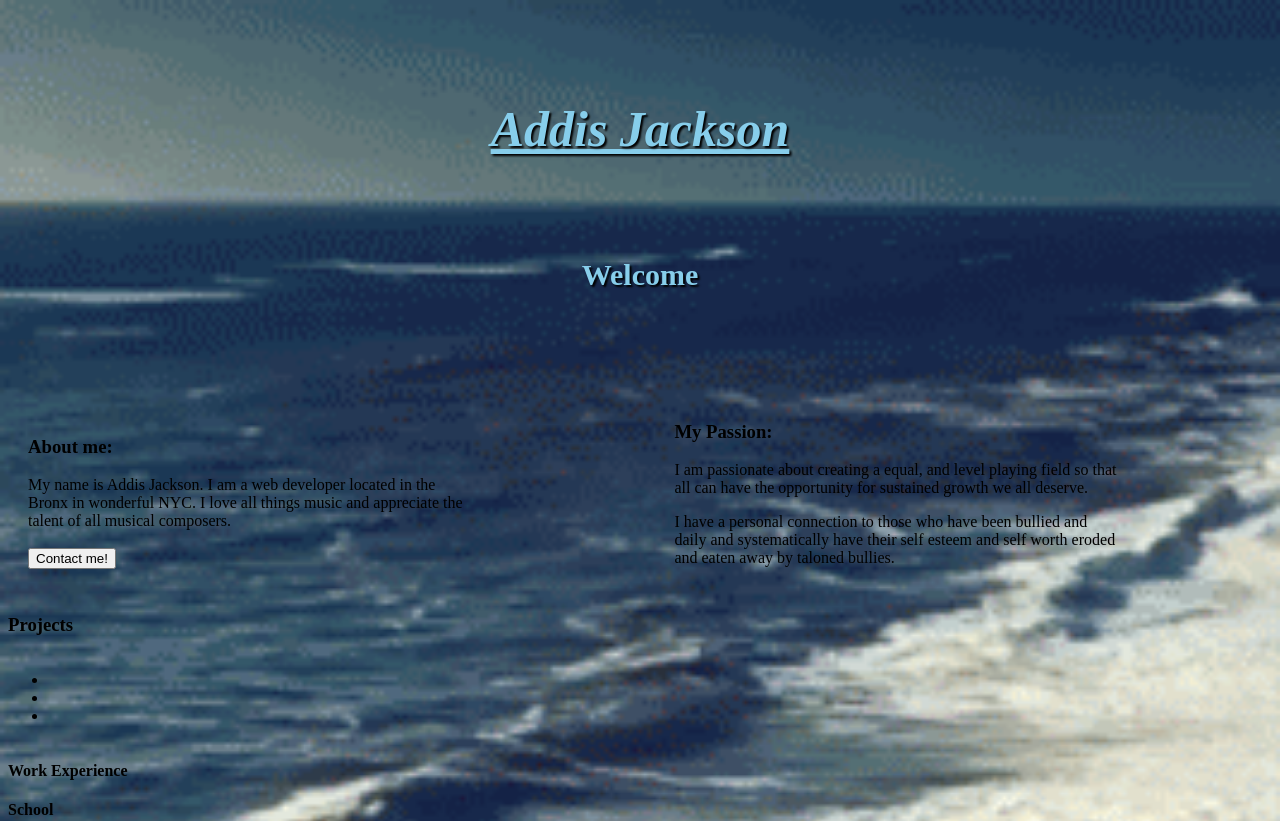
Repository: 10-2-pursuit/lab-design-assets
Page: index.html
An editor plug-in stored every save of this project. The page is shown before and after the next save, followed by the edit.
The browser window is 1280 px wide. The pictures show the part of the page from y = 0 to 821 px (the page is 1769 px tall).
A picture or video elsewhere on the page could not be fetched, so the positions and the page height are approximate.

Above is the page before, as saved 2023-07-16 04:55:26.

### index.html
<!DOCTYPE html>
<html lang="en">
  <head>
    <meta charset="UTF-8" />
    <meta http-equiv="X-UA-Compatible" content="IE=edge" />
    <meta name="viewport" content="width=device-width, initial-scale=1.0" />
    <link rel="stylesheet" href="style.css" />
    <title>MY PORTFOLIO</title>
  </head>
  <body>
    <header>
      <h1>Addis Jackson</h1>
    </header>
    <main>
      <section>
        <h2>Welcome</h2>
        <article for="about" class="about">
          <h3>About me:</h3>
          <p>
            My name is Addis Jackson.
            I am a web developer located in the Bronx in wonderful NYC.
            I love all things music and appreciate the talent of all musical composers.
            <br>
            <br>
            <button>Contact me!</button>
          </p>
        </article>
        <article for="passion" class="passion">
          <h3>My Passion:</h3>
          <p>I am passionate about creating a equal, and level playing field so that all can have the opportunity for sustained growth we all deserve.</p>
          <p>I have a personal connection to those who have been bullied and daily and systematically have their self esteem and self worth eroded and eaten away by taloned bullies.</p>

        </article>
      </section>
      <section>
        <h3>Projects</h3>
        <article>
          <ul>
            <!-- TO DO LINK TO THE THREE LABS OR PROJECTS YOU ARE MOST PROUD OF SO FAR -->
            <li><a href=""></a></li>
            <li><a href=""></a></li>
            <li><a href=""></a></li>
          </ul>
        </article>
      </section>
    </main>
    <aside>
      <h4>Work Experience</h4>
      <!-- add whatever details you want here -->
      <h4>School</h4>
      <!-- add whatever details you want here -->
    </aside>
    <footer>
      <ul>
        <li>
          <!-- TO DO UPDATE LINKS TO GO TO YOUR PROFILES/EMAIL -->
          <a href="https://www.linkedin.com/"
            ><img src="./assets/LinkedIn-Logos/LI-Logo.png" alt=""
          /></a>
        </li>
        <li>
          <a href="https://github.com"
            ><img src="./assets/github-mark/github-mark.png" alt=""
          /></a>
        </li>
        <li>
          <a href="mailto:YOUR@EMAIL.HERE"
            ><img src="./assets/email-g8e9fd44a3_640.png" alt="Email me"
          /></a>
        </li>
      </ul>
    </footer>
  </body>
</html>

### style.css
body {
    background-image: url("./assets/waves-beach.gif");
    background-repeat: no-repeat;
    background-size: cover;
}

h1 {
    font-size: 50px;
    color: skyblue;
    text-align: center;
    margin-top: 100px;
    margin-bottom: 100px;
    text-shadow: 2px 2px 2px black;
    font-weight: bold;
    font-family: Calibri Light, Calibri,;
    font-style: italic;
    text-decoration: underline;
}

h2 {
    font-size: 30px;
    color: skyblue;
    text-align: center;
    margin-top: 100px;
    margin-bottom: 100px;
    text-shadow: 2px 2px 2px black;
    font-weight: bold;
    font-family: fantasy;
}

article {
    display: inline-block;
}

.about {
    text-align: left;
    margin-top: 10px;
    margin-bottom: 10px;
    margin-left: 20px;
    margin-right: 200px;
    width: 35%
}

.about p {
    word-wrap: width ;
}
.passion p {
    word-wrap: width ;
}

.passion {

    text-align: left;
    margin-top: 10px;
    margin-bottom: 10px;
    margin-right: 20px;
    width: 35%
}

After the next save:
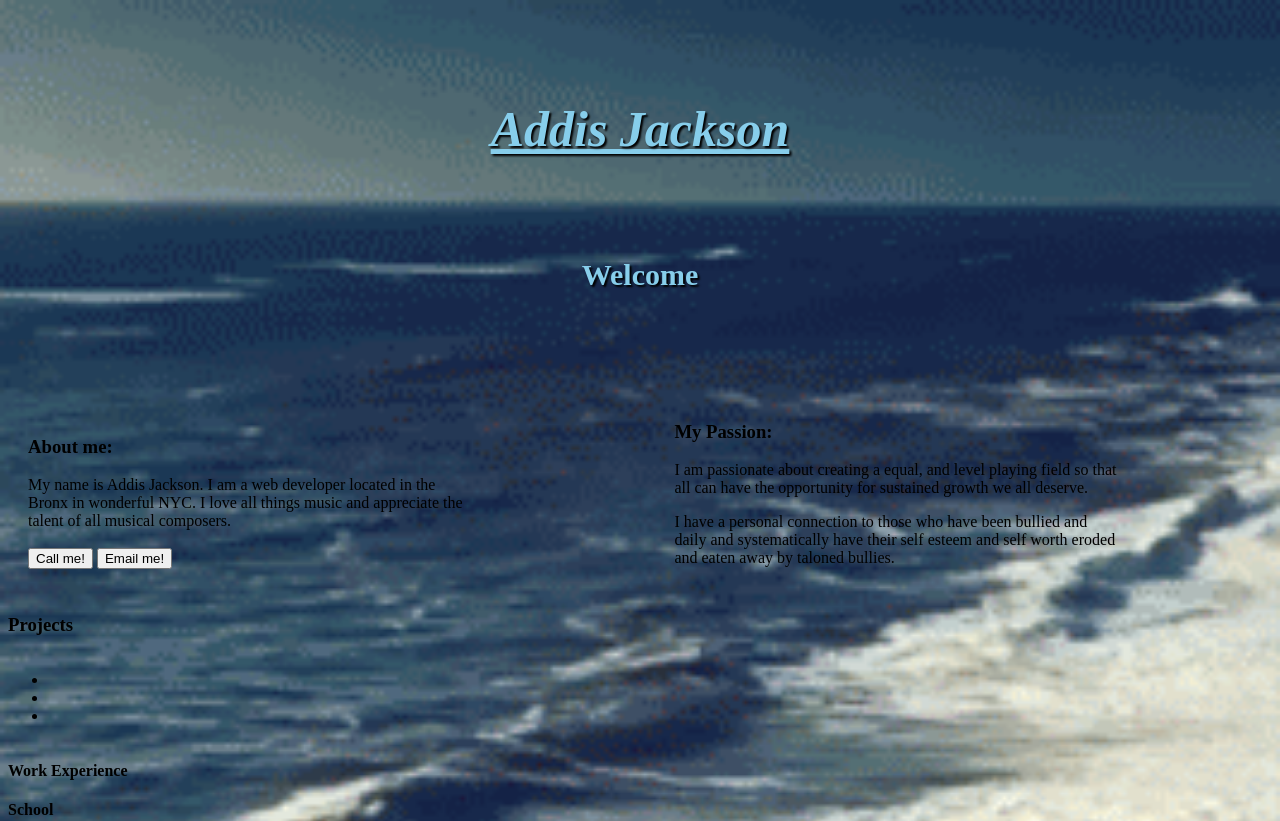
Saved 2 min 20 s later.
--- a/index.html
+++ b/index.html
@@ -22,7 +22,8 @@
             I love all things music and appreciate the talent of all musical composers.
             <br>
             <br>
-            <button>Contact me!</button>
+            <button for="callMe">Call me!</button>
+            <button for="enailMe">Email me!</button>
           </p>
         </article>
         <article for="passion" class="passion">
